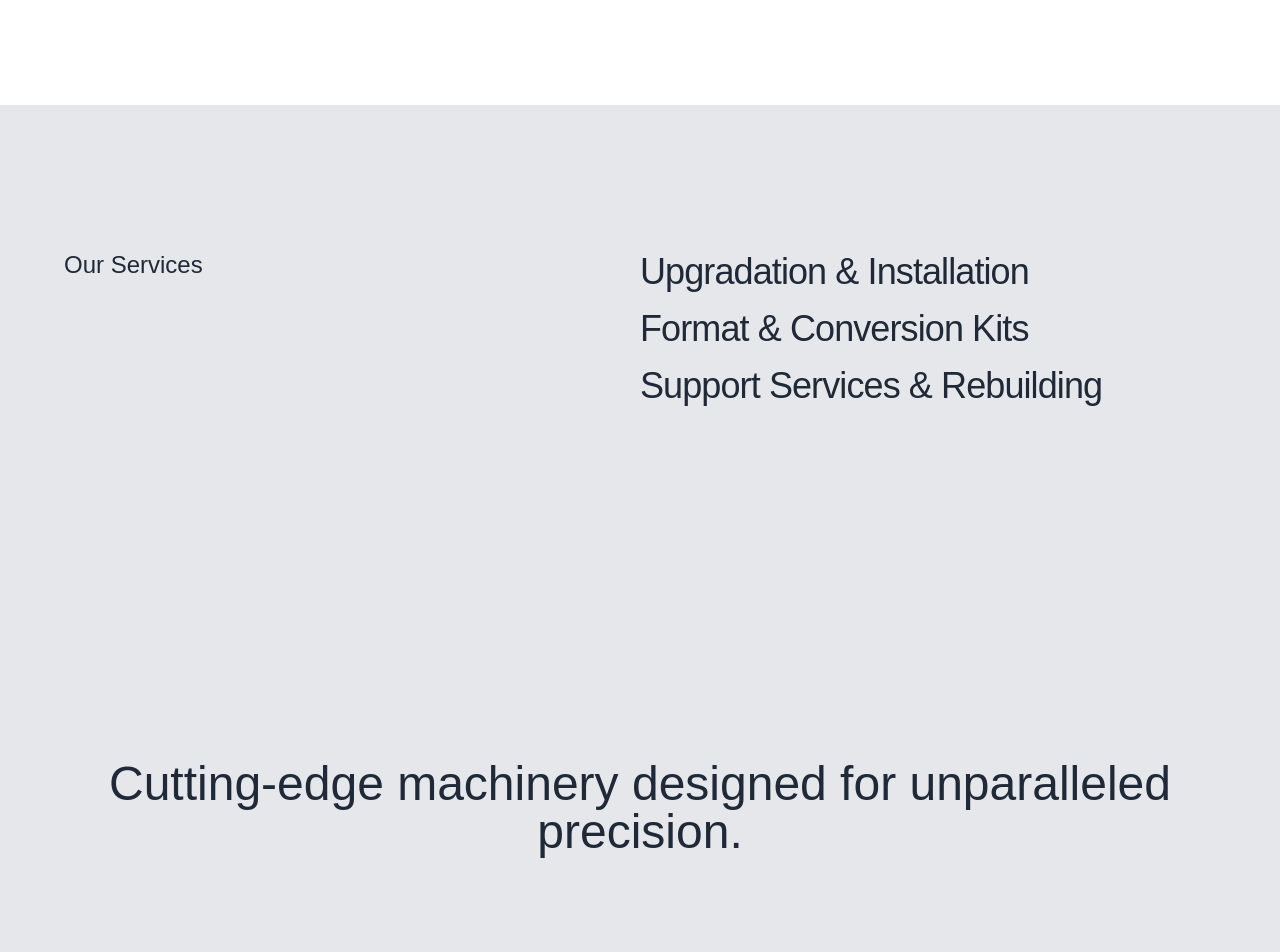
Repository: vespersolutionspk18/microtexwebsite
Page: /
These files come from the project's save history. The page is drawn as it stood at one moment and after the next save; the edit follows.
The browser window is 1280 px wide. The pictures show the part of the page from y = 1411 to 2363 px (the page is 2363 px tall).
Some web fonts or font styles are not loaded; a fallback is used. The project was rebuilt for these pictures with package versions that can differ from the ones it lists, and the page was loaded fresh each time. The framework's server and built-in components were replaced by stand-ins that run in the browser. Also part of the build but not shown: next.config.mjs.

Above is the page before, as saved 2024-11-18 21:22:47.

After the next save:
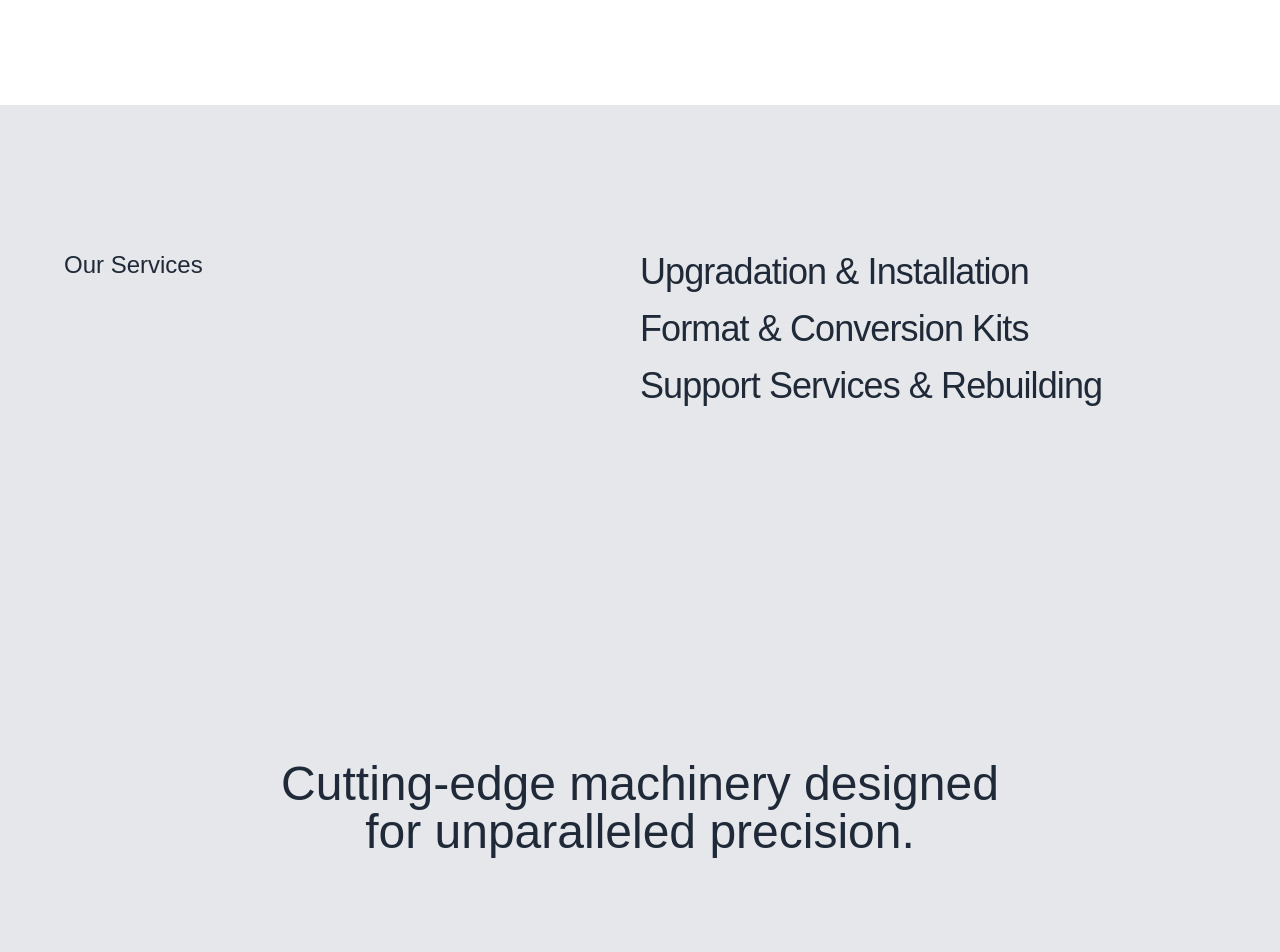
Saved 12 s later.
--- a/app/OurMachines.tsx
+++ b/app/OurMachines.tsx
@@ -3,7 +3,7 @@ import React from 'react'
 const OurMachines = () => {
   return (
     <div className="flex flex-row bg-gray-200 md:pt-64 pr-16 pl-16 pb-24 items-center justify-evenly">
-    <h3 className="font-light text-center text-gray-800 font-sans text-5xl">Cutting-edge machinery designed for unparalleled precision.</h3>
+    <h3 className="font-light text-center text-gray-800 font-sans text-5xl">Cutting-edge machinery designed <br></br>for unparalleled precision.</h3>
     </div>
   )
 }
